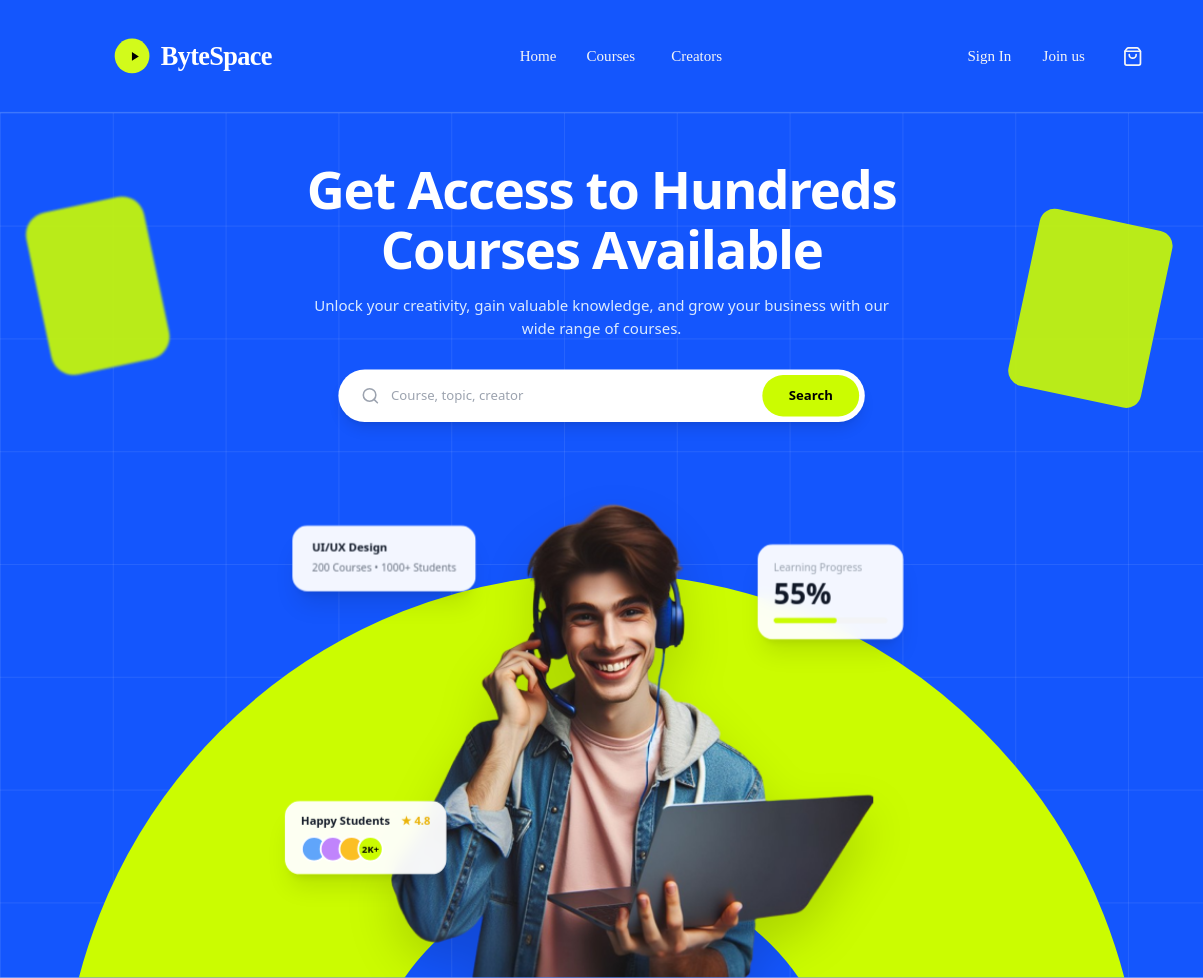
Repository: mdkawsarjomadder/bytespace
Page: /
These files come from the project's save history. The page is drawn as it stood at one moment and after the next save; the edit follows.
The browser window is 1280 px wide. The pictures show the whole page, at 94% of full size.
Some web fonts or font styles are not loaded; a fallback is used. The project was rebuilt for these pictures with package versions that can differ from the ones it lists, and the page was loaded fresh each time. Also part of the build but not shown: vite.config.js.

Above is the page before, as saved 2026-09-29 18:20:03.

### index.html
<!doctype html>
<html lang="en">
  <head>
    <meta charset="UTF-8" />
    <link rel="icon" type="image/svg+xml" href="/favicon.svg" />
    <meta name="viewport" content="width=device-width, initial-scale=1.0" />
    <title>bytespace</title>
  </head>
  <body>
    <div id="root"></div>
    <script type="module" src="/src/main.jsx"></script>
    <link href="https://api.fontshare.com/v2/css?f[]=satoshi@400,500,700&display=swap" rel="stylesheet">
  </body>
</html>

### src/App.jsx
import React from 'react';
import Navbar from './components/Navbar';
import Hero from './components/Hero';

function App() {
  return (
    <div className="min-h-screen bg-gray-50 font-sans">
      <Navbar />
      <Hero />
    </div>
  );
}

export default App;

### src/components/Navbar.jsx
import React from 'react';
import { ShoppingBag } from 'lucide-react';

const Navbar = () => {
  return (
    <header className="w-full h-[120px] bg-[#1456fd] border-b border-blue-400/20 pl-[122px] pr-16 flex items-center justify-between relative z-50">
      {/* 1. Brand Logo (Figma Specs: 171px x 37px) */}
      <div
        className="w-[171px] h-[37px] flex items-center gap-3 cursor-pointer select-none"
        style={{ opacity: 1 }}
      >
        {/* Play Icon Logo */}
        <div className="w-[37px] h-[37px] rounded-full bg-[#d2fb1b] flex items-center justify-center shrink-0">
          <svg
            className="w-4 h-4 text-black fill-current translate-x-0.5"
            viewBox="0 0 24 24"
          >
            <path d="M8 5v14l11-7z" />
          </svg>
        </div>
        {/* Logo Text */}
        <span className="text-[28px] font-bold tracking-tight text-white leading-none font-['Satoshi']">
          ByteSpace
        </span>
      </div>

      {/* 2. Navigation Links */}
      <nav className="hidden md:flex items-center gap-8 font-['Satoshi']">
        <a
          href="#home"
          className="text-[#F5F5F6] text-[16px] leading-[160%] font-normal hover:text-[#d2fb1b] transition-colors"
        >
          Home
        </a>
        <a
          href="#courses"
          className="w-[58px] h-[26px] flex items-center text-[#F5F5F6] text-[16px] leading-[160%] font-normal hover:text-[#d2fb1b] transition-colors"
          style={{ opacity: 1 }}
        >
          Courses
        </a>
        <a
          href="#creators"
          className="text-[#F5F5F6] text-[16px] leading-[160%] font-normal hover:text-[#d2fb1b] transition-colors"
        >
          Creators
        </a>
      </nav>

      {/* 3. Action Buttons & Cart */}
      <div className="flex items-center gap-6 font-['Satoshi']">
        <button
          className="w-[49px] h-[24px] flex items-center justify-center text-[#F5F5F6] text-[16px] leading-[24px] font-normal hover:text-white/80 transition-colors"
          style={{ opacity: 1 }}
        >
          Sign In
        </button>
        <button
          className="h-[24px] px-2 flex items-center justify-center text-[#F5F5F6] text-[16px] leading-[24px] font-normal hover:text-white/80 transition-colors"
          style={{ opacity: 1 }}
        >
          Join us
        </button>
        <button className="text-[#F5F5F6] hover:text-[#d2fb1b] transition-colors flex items-center justify-center ml-2">
          <ShoppingBag size={22} strokeWidth={2} />
        </button>
      </div>
    </header>
  );
};

export default Navbar;

### src/components/Hero.jsx
import React from 'react';
import { Search } from 'lucide-react';
import One1 from '../assets/01.png';

const Hero = () => {
  return (
    <section className="relative w-full bg-[#1456fd] overflow-hidden pt-12 pb-0 text-white flex flex-col items-center justify-between min-h-[920px]">
      {/* 1. Background Grid Pattern */}
      <div className="absolute inset-0 bg-[linear-gradient(to_right,#ffffff15_1px,transparent_1px),linear-gradient(to_bottom,#ffffff15_1px,transparent_1px)] bg-[size:120px_120px] pointer-events-none" />

      {/* 2. Ellipse 7 Background Ring (Figma Exact Position) */}
      <div
        className="absolute rounded-full pointer-events-none z-0"
        style={{
          width: '1149px',
          height: '1149px',
          top: '490px',
          left: '50%',
          transform: 'translateX(-50%)',
          border: '320px solid #CBFC01',
          boxSizing: 'border-box',
        }}
      />

      {/* 3. Decorative 3D Elements */}
      <div className="absolute left-10 top-24 w-32 h-44 bg-[#CBFC01] rounded-3xl opacity-90 blur-[1px] transform -rotate-12 pointer-events-none hidden lg:block" />
      <div className="absolute right-12 top-28 w-36 h-48 bg-[#CBFC01] rounded-2xl opacity-90 transform rotate-12 pointer-events-none hidden lg:block" />

      {/* 4. Top Area: Title + Subtitle + Search Bar */}
      <div className="relative z-10 w-full max-w-[1200px] mx-auto px-4 flex flex-col items-center text-center">
        <h1 className="text-4xl md:text-[56px] font-bold tracking-tight text-white leading-[1.15] max-w-[900px]">
          Get Access to Hundreds <br /> Courses Available
        </h1>

        <p className="mt-4 text-sm md:text-base text-blue-100 max-w-[650px] font-normal leading-relaxed">
          Unlock your creativity, gain valuable knowledge, and grow your business with our wide range of courses.
        </p>

        {/* Search Bar */}
        <div className="mt-8 w-full max-w-[560px] bg-white rounded-full p-1.5 pl-6 flex items-center shadow-lg justify-between gap-3">
          <div className="flex items-center gap-3 w-full">
            <Search className="w-5 h-5 text-gray-400 shrink-0" />
            <input
              type="text"
              placeholder="Course, topic, creator"
              className="w-full bg-transparent text-gray-800 placeholder-gray-400 focus:outline-none text-sm font-medium"
            />
          </div>
          <button className="bg-[#CBFC01] hover:bg-[#b5e200] text-black font-semibold text-sm px-7 py-3 rounded-full transition-all duration-200 shrink-0 cursor-pointer">
            Search
          </button>
        </div>
      </div>

      {/* 5. Hero Visual Area (Image sitting flat at section bottom) */}
      <div className="relative w-full max-w-[578px] h-[541px] flex justify-center items-end z-10 mt-auto">

        {/* Main Student Image */}
        <img
          src={One1}
          alt="Student Learning"
          className="w-[578px] h-[541px] object-contain block select-none pointer-events-none drop-shadow-2xl"
        />

        {/* Floating Card: UI/UX Design (Top Left) */}
        <div className="absolute -left-10 top-[60px] z-20 bg-white/95 backdrop-blur text-black p-3.5 px-5 rounded-2xl shadow-xl border border-white/20">
          <span className="text-xs font-bold text-gray-900 block">UI/UX Design</span>
          <span className="text-[11px] text-gray-500 font-medium">200 Courses • 1000+ Students</span>
        </div>

        {/* Floating Card: Learning Progress (Top Right) */}
        <div className="absolute -right-8 top-[80px] z-20 bg-white/95 backdrop-blur text-black p-4 rounded-2xl shadow-xl border border-white/20 min-w-[155px]">
          <span className="text-[11px] font-medium text-gray-400 block mb-1">Learning Progress</span>
          <span className="text-3xl font-extrabold text-gray-900 block leading-none">55%</span>
          <div className="w-full bg-gray-100 h-1.5 rounded-full mt-2.5 overflow-hidden">
            <div className="bg-[#CBFC01] h-full w-[55%] rounded-full" />
          </div>
        </div>

        {/* Floating Card: Happy Students (Bottom Left) */}
        <div className="absolute -left-12 bottom-[110px] z-20 bg-white/95 backdrop-blur text-black p-3 px-4 rounded-2xl shadow-xl border border-white/20">
          <div className="flex items-center justify-between gap-3 mb-2">
            <span className="text-xs font-bold text-gray-900">Happy Students</span>
            <span className="text-xs font-semibold text-yellow-500">★ 4.8</span>
          </div>
          <div className="flex items-center -space-x-2">
            <div className="w-7 h-7 rounded-full bg-blue-400 border-2 border-white"></div>
            <div className="w-7 h-7 rounded-full bg-purple-400 border-2 border-white"></div>
            <div className="w-7 h-7 rounded-full bg-amber-400 border-2 border-white"></div>
            <div className="w-7 h-7 rounded-full bg-[#CBFC01] border-2 border-white flex items-center justify-center text-[10px] font-bold text-black">
              2K+
            </div>
          </div>
        </div>

      </div>
    </section>
  );
};

export default Hero;

Loaded but not shown: src/main.jsx (common file); src/index.css (common file); tailwind.config.js (common file)

After the next save:
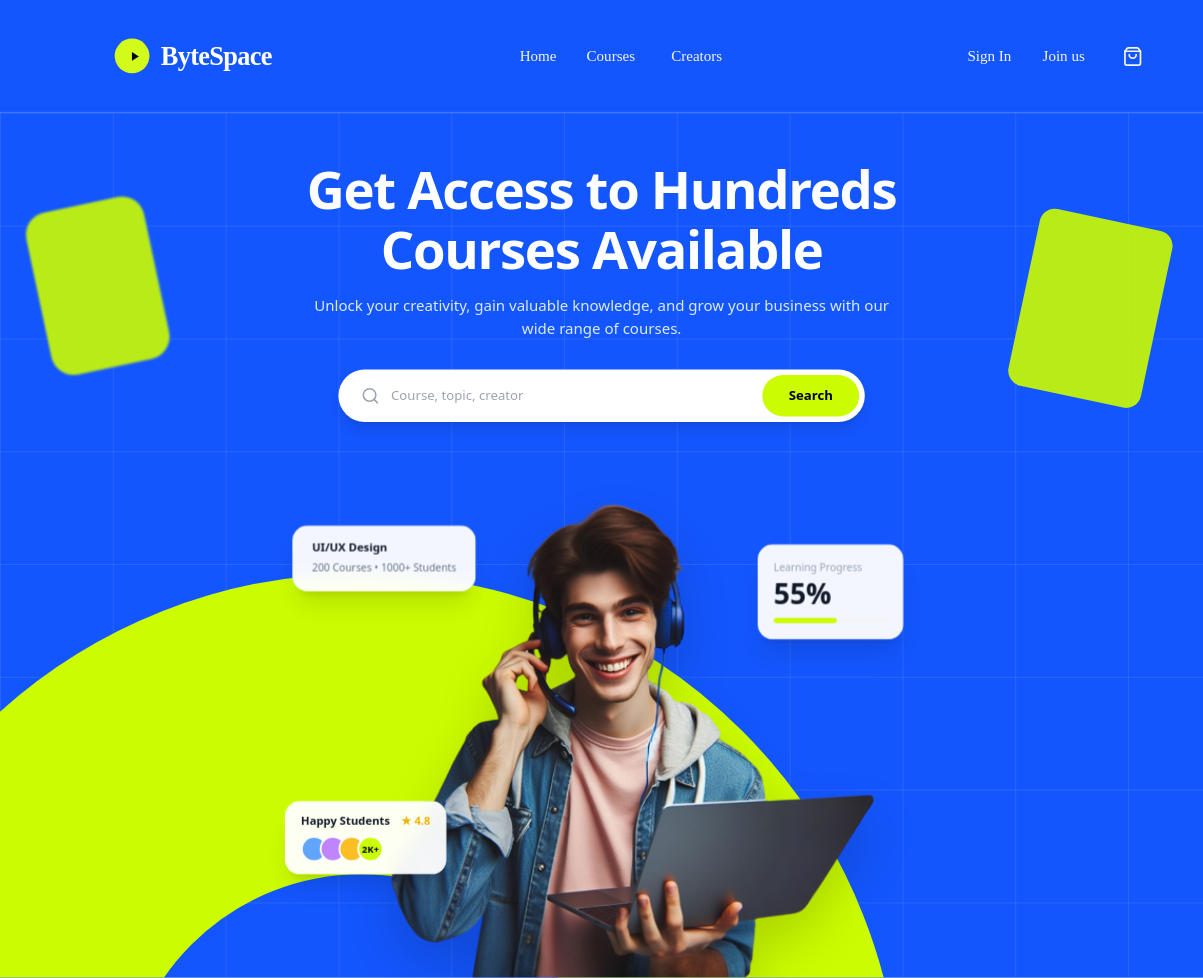
Saved 13 s later.
--- a/src/components/Hero.jsx
+++ b/src/components/Hero.jsx
@@ -15,7 +15,7 @@
           width: '1149px',
           height: '1149px',
           top: '490px',
-          left: '50%',
+          left: '30%',
           transform: 'translateX(-50%)',
           border: '320px solid #CBFC01',
           boxSizing: 'border-box',

After the save that followed:
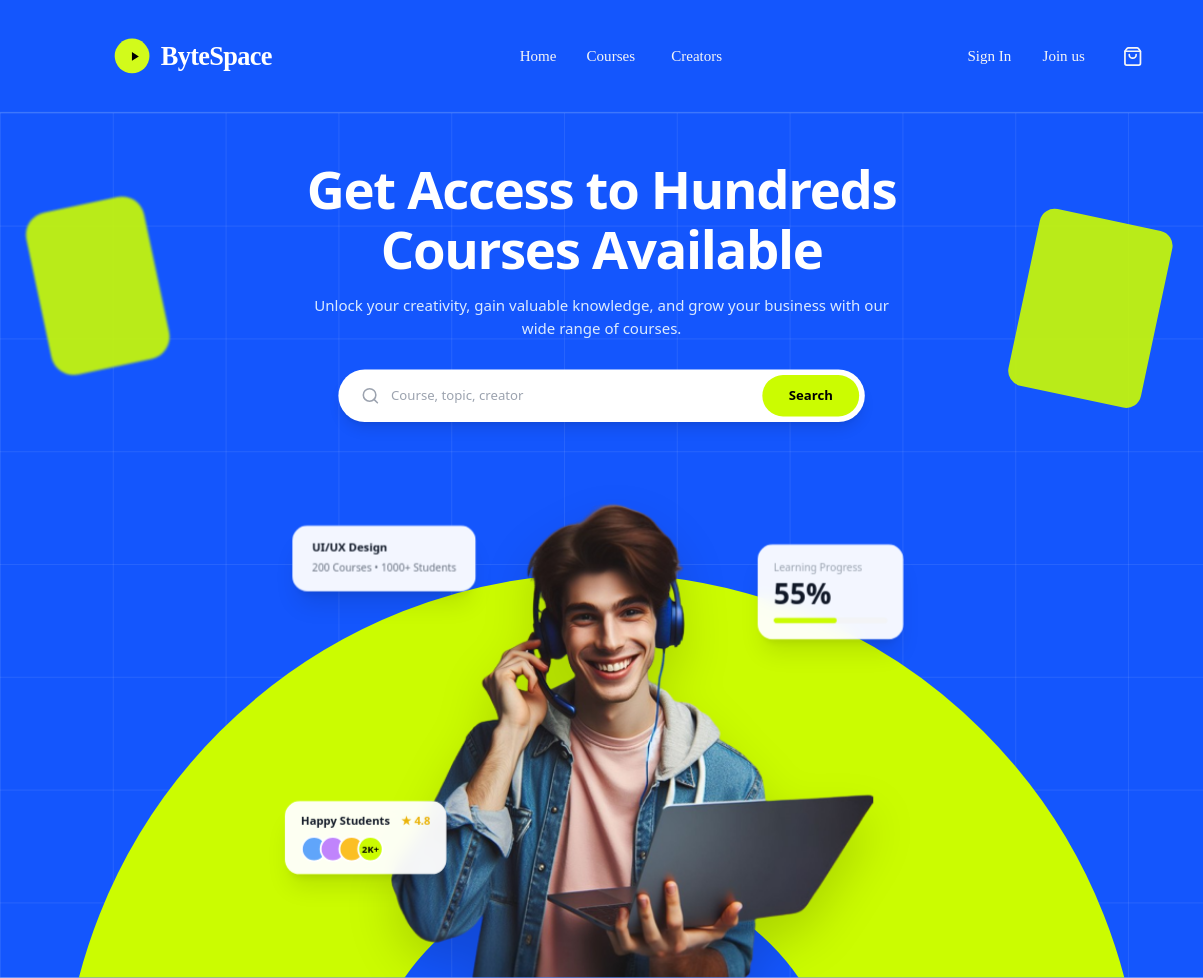
Saved 5 s later.
--- a/src/components/Hero.jsx
+++ b/src/components/Hero.jsx
@@ -15,7 +15,7 @@
           width: '1149px',
           height: '1149px',
           top: '490px',
-          left: '30%',
+          left: '50%',
           transform: 'translateX(-50%)',
           border: '320px solid #CBFC01',
           boxSizing: 'border-box',
